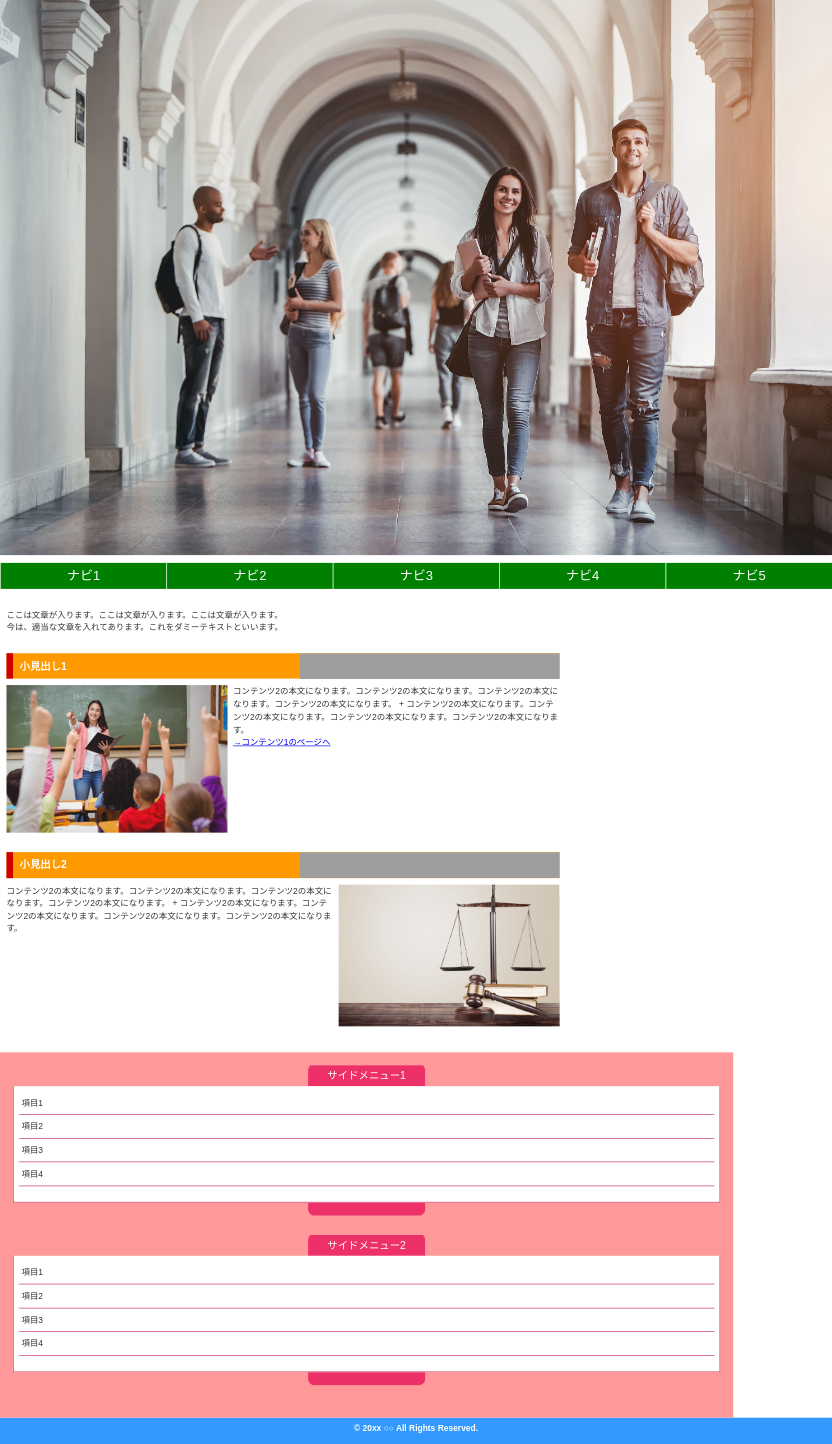
Repository: hhhira326/samurai_HTML-CSS
Page: home.html
The author's editor kept a record of every edit. The page is drawn from the files as they stood at one moment, then again after the next edit.
The browser window is 1280 px wide. The pictures show the whole page, at 65% of full size.
Pictures or frames that could not be fetched are drawn as grey boxes.

Above is the page before.

After the next edit:
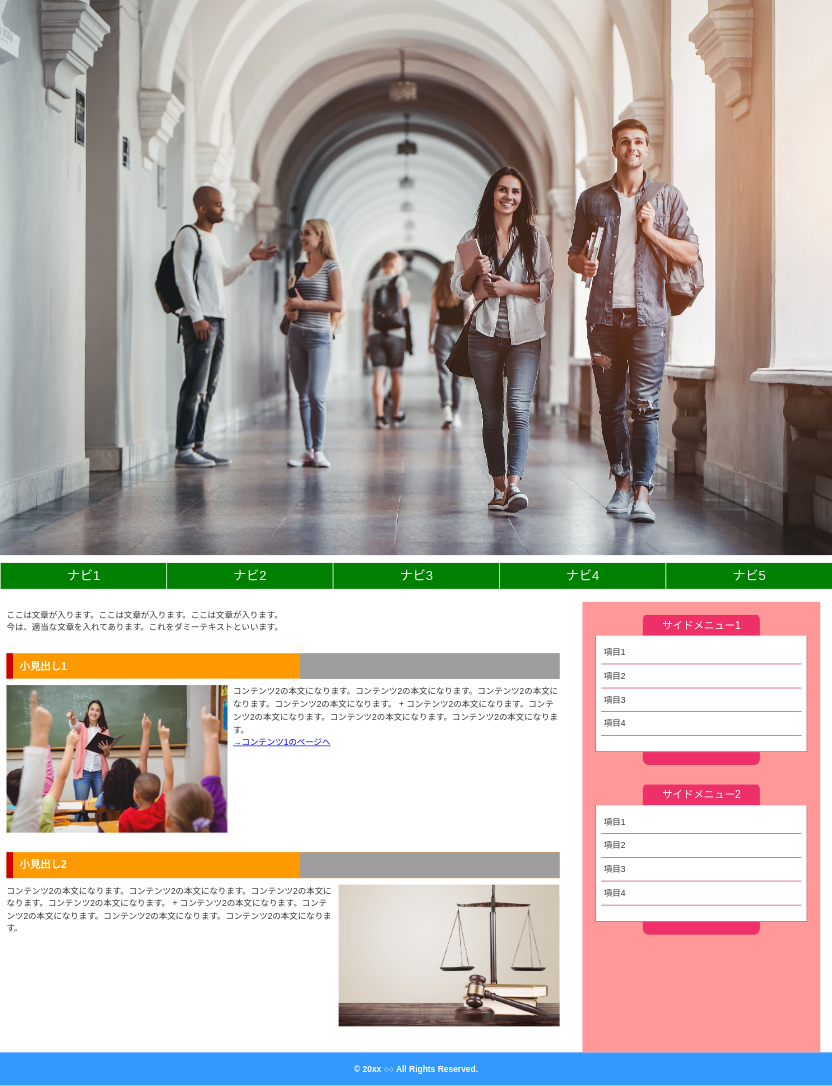
The edit:
--- a/home.html
+++ b/home.html
@@ -42,12 +42,11 @@
                         </p>
                     </div>
                 </div>
-            </div>
-            <div id ="side">
-                <div class="box">
-                    <h2>サイドメニュー1</h2>
-                    <div class="boxBody">
-                        <ul>
+                <div id ="side">
+                    <div class="box">
+                        <h2>サイドメニュー1</h2>
+                        <div class="boxBody">
+                            <ul>
                             <li>項目1</li>
                             <li>項目2</li>
                             <li>項目3</li>
